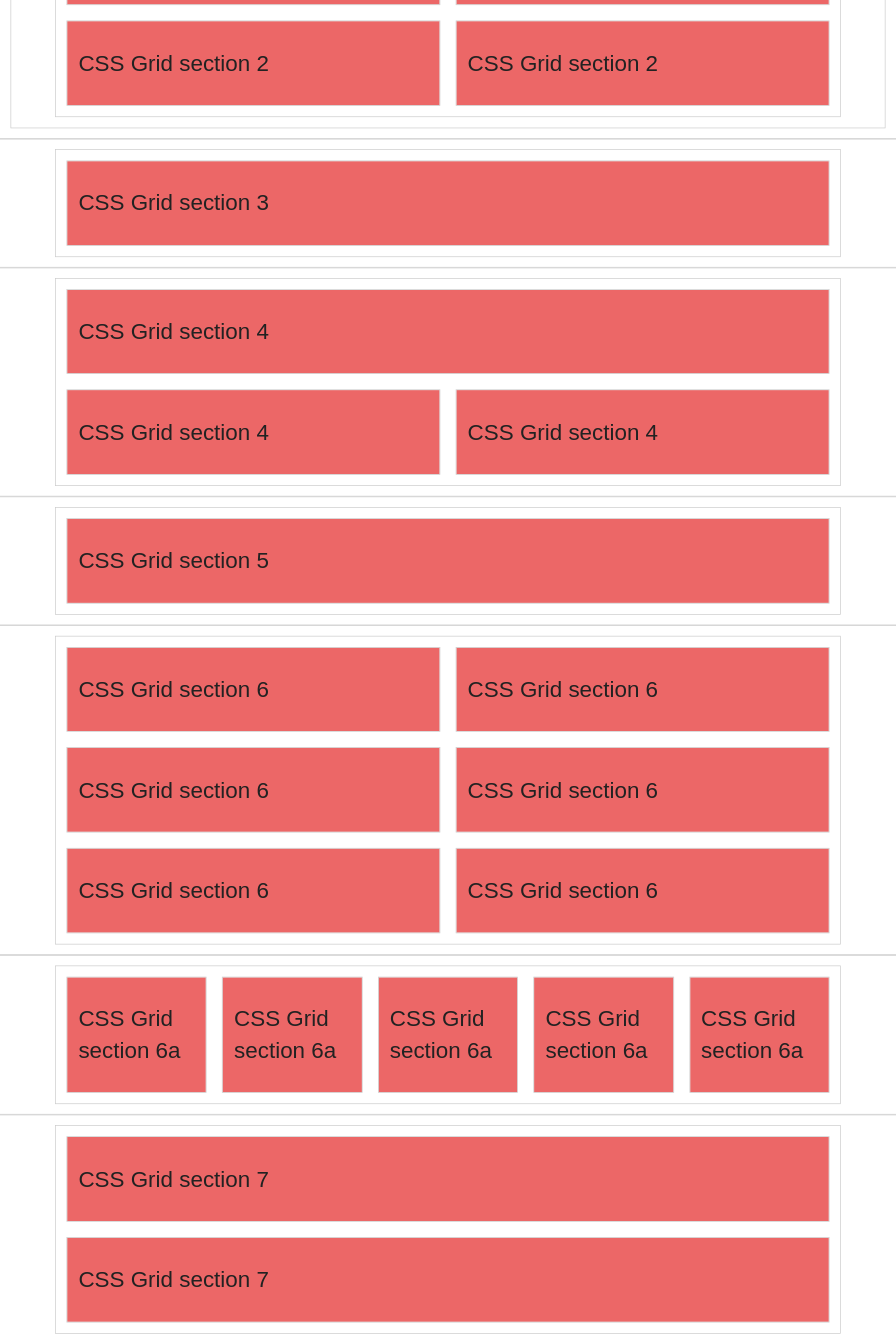
Repository: anoncoderin/madhu_kushal_html_layout
Page: metrosite_week4hw/index.html
These files come from the project's save history. The page is drawn as it stood at one moment and after the next save; the edit follows.
The browser window is 1280 px wide. The pictures show the part of the page from y = 816 to 2736 px (the page is 2736 px tall before and 2507 px after), at 70% of full size.

Above is the page before, as saved 2023-01-28 11:57:40.

After the next save:
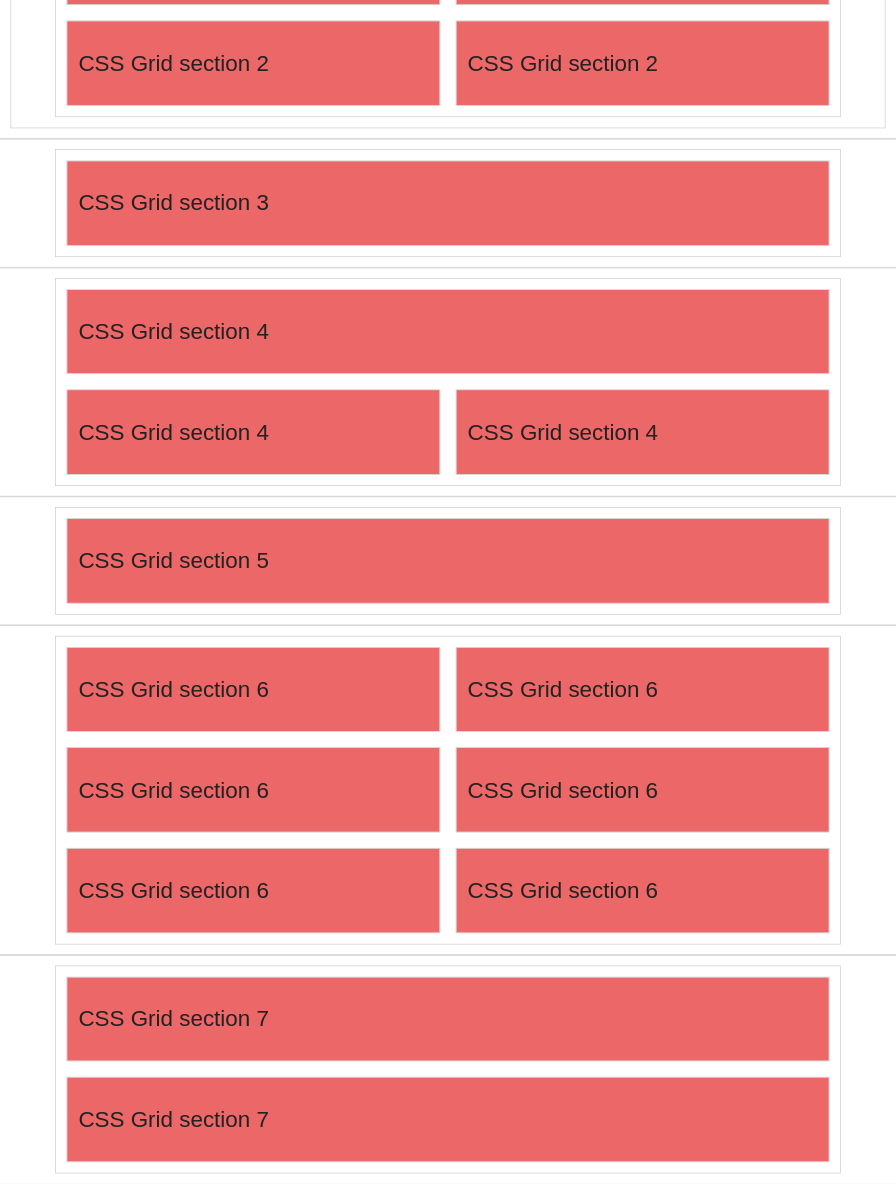
Saved 22 s later.
--- a/metrosite_week4hw/css/main.css
+++ b/metrosite_week4hw/css/main.css
@@ -109,7 +109,7 @@
   grid-column-end: -1;
 }
 
-.link{
+.mobile-noshow{
   display: none;
 }
 }
